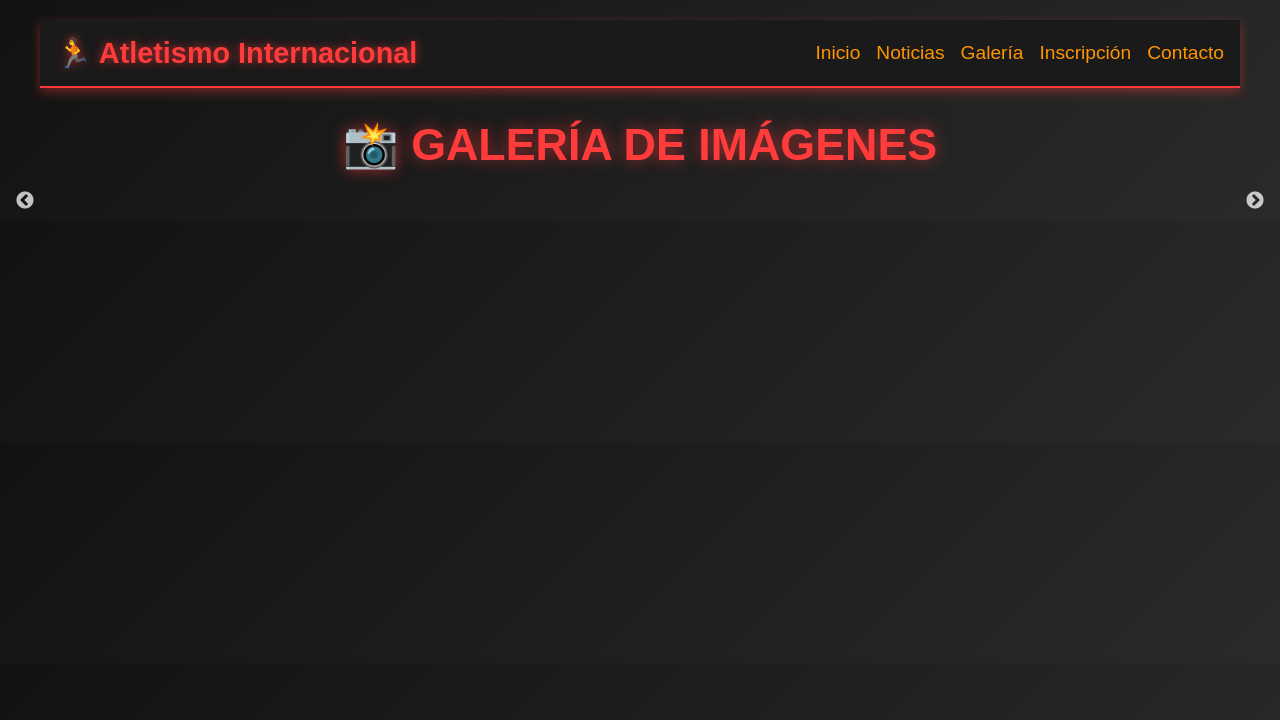
Repository: demoniers/web-meeting
Page: /galeria
These files come from the project's save history. The page is drawn as it stood at one moment and after the next save; the edit follows.
The browser window is 1280 px wide. The pictures show the whole page.
The page's requests for data from a server got no answer. The project was rebuilt for these pictures with package versions that can differ from the ones it lists, and the page was loaded fresh each time. No one was signed in, and anything a server would have sent is missing. Also part of the build but not shown: vite.config.js, src/pages/Home.jsx, src/pages/Noticias.jsx, src/pages/Inscripcion.jsx, src/pages/Login.jsx, src/pages/Register.jsx, src/styles/adminPanel.module.css, src/pages/Panel.jsx.

Above is the page before, as saved 2025-05-08 13:24:00.

### src/index.css
@tailwind base;
@tailwind components;
@tailwind utilities;

body {
  background-color: #121212;
  color: #f1f1f1;
  font-family: "Arial", sans-serif;
}

h1 {
  font-size: 2rem;
  font-weight: bold;
  text-align: center;
  color: #00ff99;
}

button {
  background-color: #00ff99;
  color: black;
  padding: 10px;
  border-radius: 5px;
  transition: background 0.3s ease-in-out;
}

button:hover {
  background-color: #ffffff;
}

### src/App.jsx
import { Routes, Route } from "react-router-dom";
import Navbar from "./components/Navbar";
import Home from "./pages/Home";
import Noticias from "./pages/Noticias";
import Galeria from "./pages/Galeria";
import Inscripcion from "./pages/Inscripcion";
import Login from "./pages/Login";
import styles from './styles/globalStyles.module.css';
import Register from "./pages/Register";
import PanelAdmin from "./pages/Panel";

export default function App() {
  return (
    <div className={styles.container}>
      <Navbar />
      <Routes>
        <Route path="/" element={<Home />} />
        <Route path="/noticias" element={<Noticias />} />
        <Route path="/galeria" element={<Galeria />} />
        <Route path="/inscripcion" element={<Inscripcion />} />
        <Route path="/login" element={<Login />} />
        <Route path="/register" element={<Register />} />
        <Route path="/panel" element={<PanelAdmin />} />
      </Routes>
    </div>
  );
}

### src/components/Navbar.jsx
import { Link } from "react-router-dom";
import styles from "./Navbar.module.css"; // Importamos los estilos

export default function Navbar() {
  return (
    <nav className={styles.navbar}>
      <div className={styles.logo}>🏃 Atletismo Internacional</div>
      <div className={styles.links}>
        <Link to="/" className={styles.link}>Inicio</Link>
        <Link to="/noticias" className={styles.link}>Noticias</Link>
        <Link to="/galeria" className={styles.link}>Galería</Link>
        <Link to="/inscripcion" className={styles.link}>Inscripción</Link>
        <Link to="/contacto" className={styles.link}>Contacto</Link>
      </div>
    </nav>
  );
}

### src/pages/Galeria.jsx
import { useEffect, useState } from "react";
import Slider from "react-slick";
import "slick-carousel/slick/slick.css";
import "slick-carousel/slick/slick-theme.css";

export default function Galeria() {
  const [images, setImages] = useState([]);

  useEffect(() => {
    fetch("http://localhost:5000/galeriaview")
      .then((res) => res.json())
      .then((data) => setImages(data));
  }, []);

  const settings = {
    dots: true,
    infinite: true,
    speed: 500,
    slidesToShow: 3,
    slidesToScroll: 1,
    autoplay: true,
    autoplaySpeed: 3000,
  };

  return (
    <div className="p-6">
      <h1 className="text-red-400 text-3xl font-bold">📸 Galería de Imágenes</h1>
      <Slider {...settings}>
        {images.map((image, index) => (
          <div key={index}>
            <img src={image} className="w-full rounded-lg shadow-lg" alt="Imagen de galería" />
          </div>
        ))}
      </Slider>
    </div>
  );
}

### src/styles/globalStyles.module.css
/* 🎮 Fondo estilo gaming */
body {
  background: linear-gradient(135deg, #121212, #2a2a2a);
  color: #e0e0e0; /* Gris claro en lugar de blanco puro */
  font-family: "Orbitron", sans-serif; /* Fuente futurista */
  margin: 0;
  padding: 0;
}

/* 🔹 Contenedores y estructura */
.container {
  max-width: 1200px;
  margin: auto;
  padding: 20px;
}

/* ⚡ Efecto de borde en títulos */
h1 {
  font-size: 2.8rem;
  font-weight: bold;
  text-align: center;
  color: #ff3b3b;
  text-transform: uppercase;
  text-shadow: 0px 0px 15px rgba(255, 59, 59, 0.6);
}

h2 {
  font-size: 2rem;
  font-weight: bold;
  color: #ff9500;
}

/* 🖼️ Tarjetas con estilo cyber */
.card {
  background-color: rgba(255, 255, 255, 0.05);
  border-radius: 10px;
  padding: 20px;
  margin: 15px 0;
  box-shadow: 0 4px 10px rgba(255, 59, 59, 0.4);
}

/* 🎮 Botones inspirados en videojuegos */
.button {
  background: linear-gradient(90deg, #ff3b3b, #ff9500);
  color: black;
  font-weight: bold;
  padding: 12px;
  border-radius: 6px;
  transition: transform 0.3s ease-in-out;
  cursor: pointer;
  border: none;
}

.button:hover {
  transform: scale(1.1);
  box-shadow: 0px 0px 10px rgba(255, 59, 59, 0.8);
}

/* 📱 Estilos responsivos */
@media (max-width: 768px) {
  .container {
    padding: 10px;
  }

  h1 {
    font-size: 2rem;
  }

  .card {
    padding: 15px;
  }
}

### src/components/Navbar.module.css
/* 🔥 Estilo de la barra de navegación */
.navbar {
  background-color: #1a1a1a;
  padding: 1rem;
  display: flex;
  justify-content: space-between;
  align-items: center;
  border-bottom: 2px solid #ff3b3b;
  box-shadow: 0 4px 10px rgba(255, 59, 59, 0.4);
}

/* 🏆 Logo con estilo neón */
.logo {
  font-size: 1.8rem;
  font-weight: bold;
  color: #ff3b3b;
  text-shadow: 0px 0px 10px rgba(255, 59, 59, 0.7);
}

/* 🔗 Estilos de enlaces */
.links {
  display: flex;
  gap: 1rem;
}

.link {
  color: #ff9500;
  font-size: 1.2rem;
  text-decoration: none;
  transition: all 0.3s ease-in-out;
  position: relative;
}

/* 💡 Efecto de iluminación en hover */
.link:hover {
  color: #ffffff;
  text-shadow: 0px 0px 8px rgba(255, 149, 0, 0.8);
}

/* 🎮 Línea de neón animada en hover */
.link::after {
  content: "";
  display: block;
  width: 0;
  height: 3px;
  background: #ff3b3b;
  transition: width 0.3s;
  position: absolute;
  bottom: -5px;
  left: 50%;
  transform: translateX(-50%);
}

.link:hover::after {
  width: 100%;
}

/* 📱 Diseño responsivo */
@media (max-width: 768px) {
  .navbar {
    flex-direction: column;
    text-align: center;
  }

  .links {
    flex-direction: column;
  }

  .link {
    font-size: 1rem;
  }
}

Loaded but not shown: index.html (common file); src/main.jsx (common file)

After the next save:
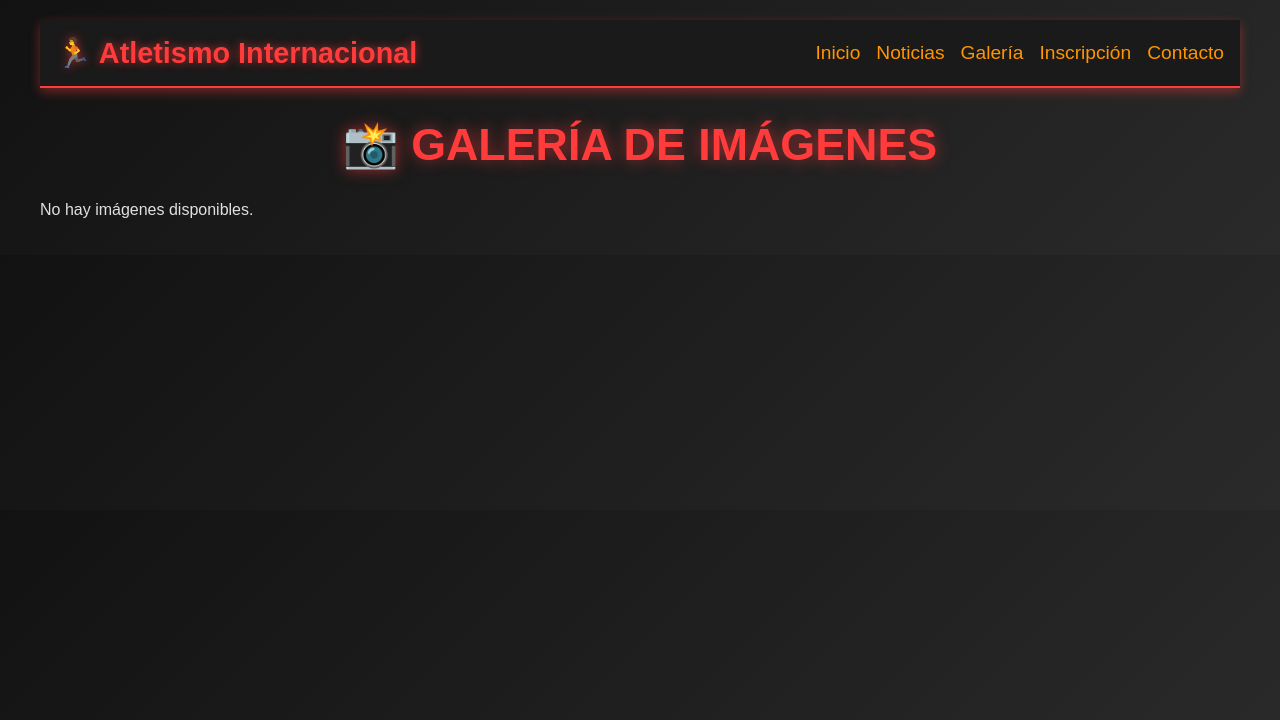
Saved 17 s later.
--- a/src/pages/Galeria.jsx
+++ b/src/pages/Galeria.jsx
@@ -7,7 +7,7 @@ export default function Galeria() {
   const [images, setImages] = useState([]);
 
   useEffect(() => {
-    fetch("http://localhost:5000/galeriaview")
+    fetch("http://localhost:3000/galeriaview") // 💡 Usa el puerto correcto
       .then((res) => res.json())
       .then((data) => setImages(data));
   }, []);
@@ -25,13 +25,17 @@ export default function Galeria() {
   return (
     <div className="p-6">
       <h1 className="text-red-400 text-3xl font-bold">📸 Galería de Imágenes</h1>
-      <Slider {...settings}>
-        {images.map((image, index) => (
-          <div key={index}>
-            <img src={image} className="w-full rounded-lg shadow-lg" alt="Imagen de galería" />
-          </div>
-        ))}
-      </Slider>
+      {images.length > 0 ? (
+        <Slider {...settings}>
+          {images.map((image, index) => (
+            <div key={index}>
+              <img src={image} className="w-full rounded-lg shadow-lg" alt="Imagen de galería" />
+            </div>
+          ))}
+        </Slider>
+      ) : (
+        <p className="text-gray-400">No hay imágenes disponibles.</p>
+      )}
     </div>
   );
 }
